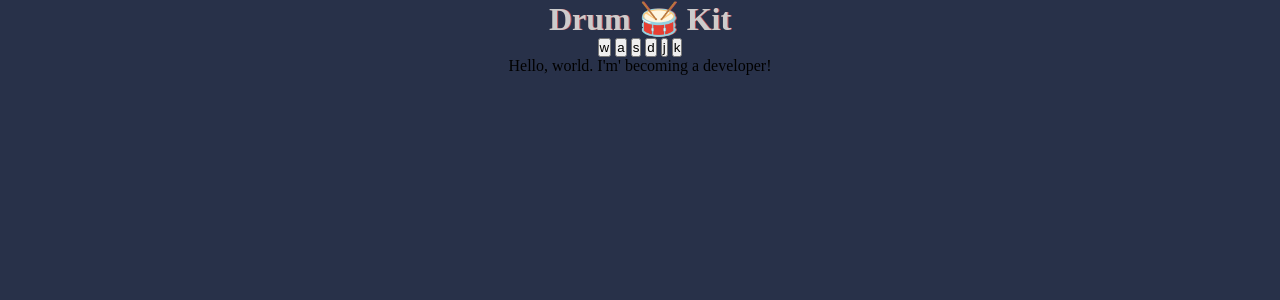
Repository: doncsar/yu-frontend-bootcamp
Page: 17-drumkit/index.html
An editor plug-in stored every save of this project. The page is shown before and after a run of saves, followed by the edit.
The browser window is 1280 px wide. The pictures show the whole page.

Above is the page before, as saved 2024-01-24 06:59:49.

### 17-drumkit/index.html
<!DOCTYPE html>
<html lang="en">
<head>
   <meta charset="UTF-8">
   <meta name="viewport" content="width=device-width, initial-scale=1.0">
   <title>Drum Kit</title>
   <link rel="stylesheet" href="style.css">
   <script src="script.js" defer></script>
</head>
<body>
   <h1> Drum 🥁 Kit</h1>
   <div class="set">
      <button class="w drum">w</button>
      <button class="a drum">a</button>
      <button class="s drum">s</button>
      <button class="d drum">d</button>
      <button class="j drum">j</button>
      <button class="k drum">k</button>
   </div>
   <footer>Hello, world. I'm' becoming a developer!</footer>
</body>
</html>

### 17-drumkit/style.css
* {
   box-sizing: border-box;
   margin: 0;
   padding: 0;
}

body {
   text-align: center;
   background-color: #283149;
}

h1 {
   color: #CCC;
   text-shadow: 1px 0px #c35151;
}

Loaded but not shown: 17-drumkit/script.js (no copy from this time; the picture is the same without it)

After the next 2 saves:
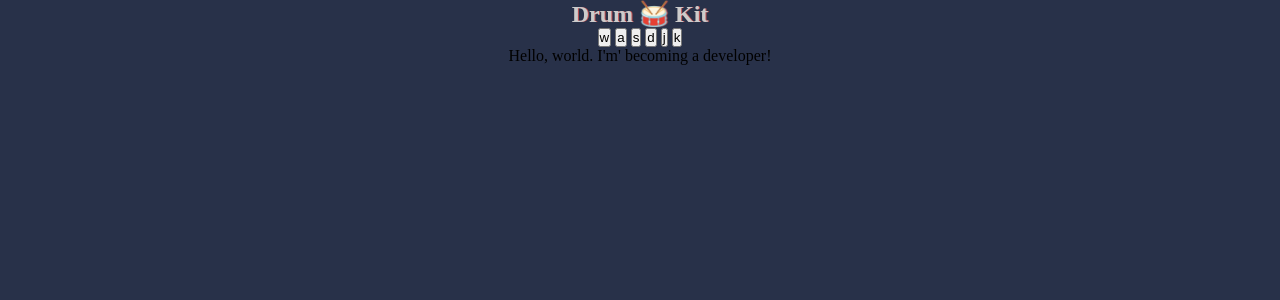
The 2 saves are shown as one change because they came seconds apart.
The last was saved 50 s later.
--- a/17-drumkit/style.css
+++ b/17-drumkit/style.css
@@ -12,4 +12,5 @@
 h1 {
    color: #CCC;
    text-shadow: 1px 0px #c35151;
+   font-size: 150%;
 }

After the save that followed:
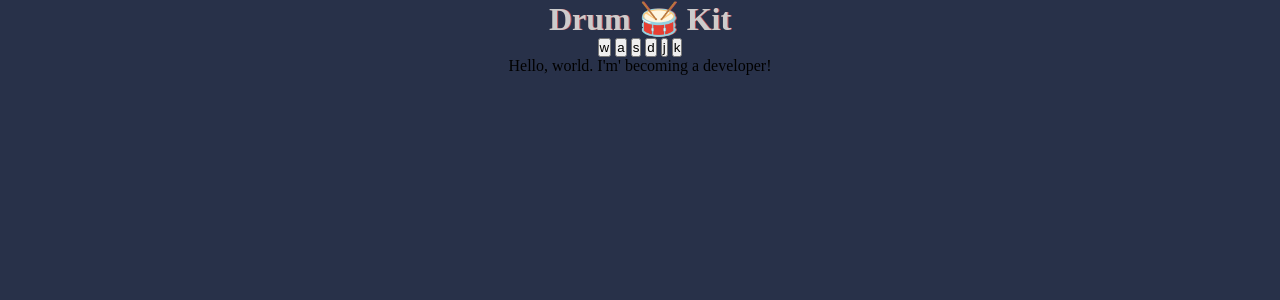
Saved 25 s later.
--- a/17-drumkit/style.css
+++ b/17-drumkit/style.css
@@ -12,5 +12,5 @@
 h1 {
    color: #CCC;
    text-shadow: 1px 0px #c35151;
-   font-size: 150%;
+   font-size: ;
 }
